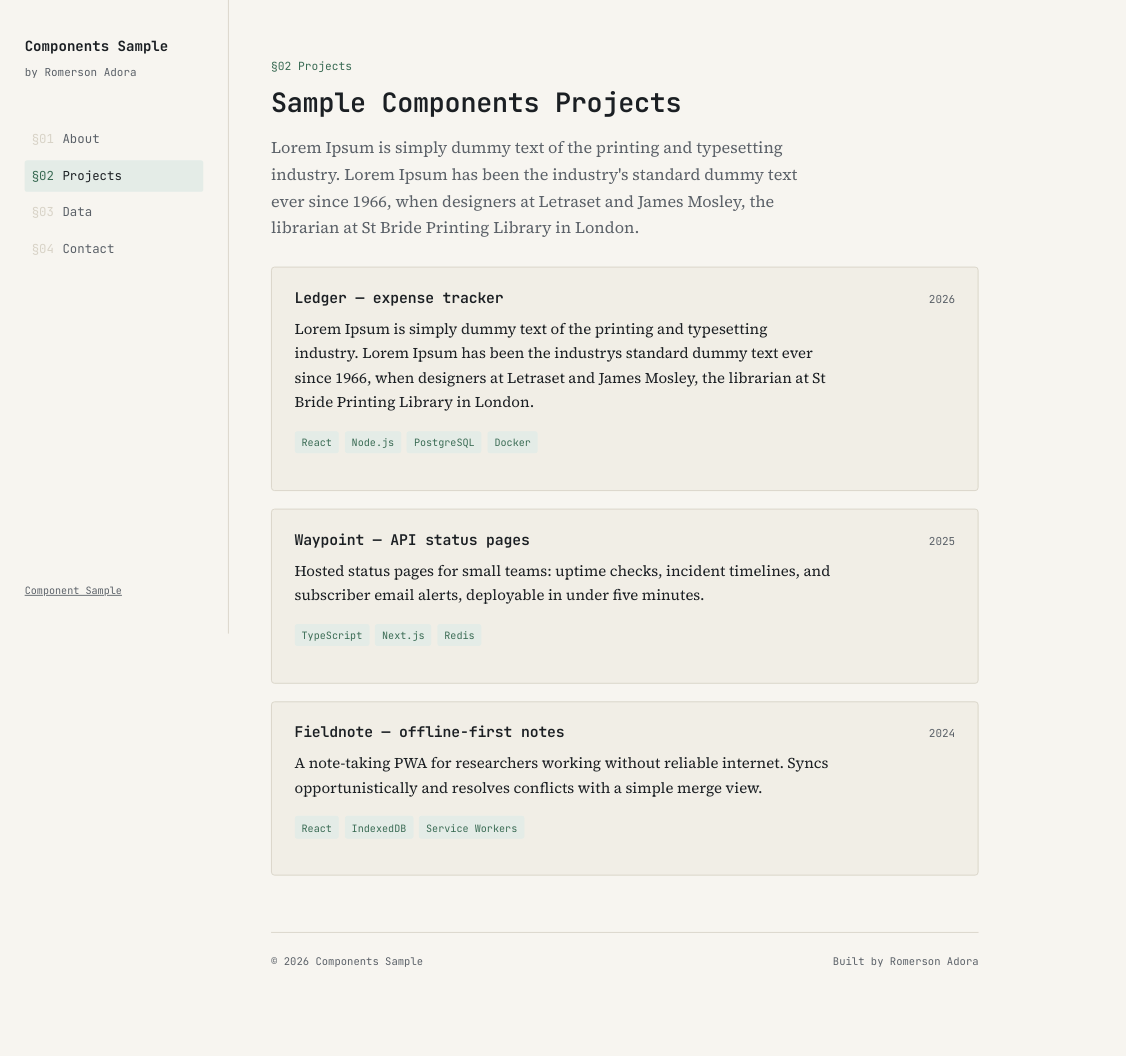
Repository: rsondev/Components-Project
Page: /projects
The author's editor kept a copy of each file at every save. The page is drawn from the files as they stood at one save, then again after the next save.
The browser window is 1280 px wide. The pictures show the whole page, at 88% of full size.
The project was rebuilt for these pictures with package versions that can differ from the ones it lists, and the page was loaded fresh each time. Also part of the build but not shown: vite.config.js, src/components/Button.jsx, src/pages/Home.jsx, src/components/DataStats.jsx, src/data/skills.js, src/pages/Data.jsx, src/components/ContactForm.jsx, src/pages/Contact.jsx.

Above is the page before, as saved 2026-09-12 13:26:05.

### index.html
<!doctype html>
<html lang="en">
  <head>
    <meta charset="UTF-8" />
    <meta name="viewport" content="width=device-width, initial-scale=1.0" />
    <title>Sample Component | By: Romerson Adora</title>
    <link rel="preconnect" href="https://fonts.googleapis.com" />
    <link rel="preconnect" href="https://fonts.gstatic.com" crossorigin />
    <link
      href="https://fonts.googleapis.com/css2?family=JetBrains+Mono:wght@400;500;600;700&family=Source+Serif+4:opsz,wght@8..60,400;8..60,500;8..60,600;8..60,700&display=swap"
      rel="stylesheet"
    />
  </head>
  <body>
    <div id="root"></div>
    <script type="module" src="/src/main.jsx"></script>
  </body>
</html>

### src/App.jsx
import React from 'react'
import { Routes, Route } from 'react-router-dom'
import Sidebar from './components/Sidebar.jsx'
import Home from './pages/Home.jsx'
import Projects from './pages/Projects.jsx'
import Data from './pages/Data.jsx'
import Contact from './pages/Contact.jsx'

export default function App() {
  return (
    <div className="layout">
      <Sidebar />
      <main className="content">
        <Routes>
          <Route path="/" element={<Home />} />
          <Route path="/projects" element={<Projects />} />
          <Route path="/data" element={<Data />} />
          <Route path="/contact" element={<Contact />} />
          <Route
            path="*"
            element={
              <>
                <div className="page-eyebrow">404</div>
                <h1 className="page-title">Page not found</h1>
                <p>That page doesn't exist. Try the nav on the left.</p>
              </>
            }
          />
        </Routes>
      </main>
    </div>
  )
}

### src/index.css
:root {
  --paper: #f7f5f0;
  --paper-alt: #f1eee6;
  --ink: #1b1f23;
  --ink-soft: #5b6168;
  --line: #d8d3c7;
  --accent: #3a6b54;
  --accent-soft: #e4ece7;
  --rust: #b5482c;
  --mono: 'JetBrains Mono', ui-monospace, 'SFMono-Regular', Menlo, monospace;
  --serif: 'Source Serif 4', Georgia, 'Times New Roman', serif;
  --content-max: 640px;
  --sidebar-w: 260px;
}

* {
  box-sizing: border-box;
}

html,
body {
  margin: 0;
  padding: 0;
}

body {
  background: var(--paper);
  color: var(--ink);
  font-family: var(--serif);
  font-size: 17px;
  line-height: 1.65;
  -webkit-font-smoothing: antialiased;
}

h1,
h2,
h3,
h4 {
  font-family: var(--mono);
  font-weight: 600;
  line-height: 1.25;
  letter-spacing: -0.01em;
  margin: 0 0 0.6em;
}

p {
  margin: 0 0 1.1em;
  max-width: 68ch;
}

a {
  color: var(--accent);
}

a:focus-visible,
button:focus-visible,
input:focus-visible,
textarea:focus-visible {
  outline: 2px solid var(--accent);
  outline-offset: 2px;
}

::selection {
  background: var(--accent-soft);
}

.layout {
  display: flex;
  min-height: 100vh;
}

/* ---------- Sidebar ---------- */

.sidebar {
  width: var(--sidebar-w);
  flex-shrink: 0;
  border-right: 1px solid var(--line);
  padding: 2.5rem 1.75rem;
  position: sticky;
  top: 0;
  height: 100vh;
  display: flex;
  flex-direction: column;
  justify-content: space-between;
}

.sidebar-top .brand {
  font-family: var(--mono);
  font-weight: 700;
  font-size: 1rem;
  color: var(--ink);
  text-decoration: none;
  display: block;
}

.sidebar-top .role {
  font-family: var(--mono);
  font-size: 0.78rem;
  color: var(--ink-soft);
  margin-top: 0.35rem;
}

.sidebar-nav {
  margin-top: 3rem;
  display: flex;
  flex-direction: column;
  gap: 0.35rem;
}

.sidebar-nav a {
  font-family: var(--mono);
  font-size: 0.88rem;
  text-decoration: none;
  color: var(--ink-soft);
  padding: 0.4rem 0.5rem;
  border-radius: 3px;
  display: flex;
  gap: 0.6rem;
}

.sidebar-nav a .tag {
  color: var(--line);
}

.sidebar-nav a:hover {
  color: var(--ink);
  background: var(--paper-alt);
}

.sidebar-nav a.active {
  color: var(--ink);
  background: var(--accent-soft);
}

.sidebar-nav a.active .tag {
  color: var(--accent);
}

.sidebar-foot {
  font-family: var(--mono);
  font-size: 0.72rem;
  color: var(--ink-soft);
}

.sidebar-foot a {
  color: var(--ink-soft);
}

/* Mobile top bar */
.topbar {
  display: none;
}

@media (max-width: 860px) {
  .sidebar {
    display: none;
  }
  .topbar {
    display: flex;
    align-items: center;
    justify-content: space-between;
    padding: 1.1rem 1.25rem;
    border-bottom: 1px solid var(--line);
    position: sticky;
    top: 0;
    background: var(--paper);
    z-index: 10;
  }
  .topbar .brand {
    font-family: var(--mono);
    font-weight: 700;
    text-decoration: none;
    color: var(--ink);
    font-size: 0.95rem;
  }
  .topbar-nav {
    display: flex;
    gap: 1rem;
  }
  .topbar-nav a {
    font-family: var(--mono);
    font-size: 0.78rem;
    text-decoration: none;
    color: var(--ink-soft);
  }
  .topbar-nav a.active {
    color: var(--accent);
  }
}

/* ---------- Main content ---------- */

.content {
  flex: 1;
  padding: 4rem 3rem 6rem;
  max-width: 900px;
}

@media (max-width: 860px) {
  .content {
    padding: 2.5rem 1.25rem 4rem;
  }
}

.page-eyebrow {
  font-family: var(--mono);
  font-size: 0.8rem;
  color: var(--accent);
  margin-bottom: 0.75rem;
}

.page-title {
  font-size: 1.9rem;
  max-width: var(--content-max);
}

.page-lede {
  font-family: var(--serif);
  font-size: 1.15rem;
  color: var(--ink-soft);
  max-width: var(--content-max);
}

.section {
  margin-top: 3.5rem;
  padding-top: 2.25rem;
  border-top: 1px solid var(--line);
}

.section-title {
  font-size: 1.05rem;
}

/* ---------- Button component ---------- */

.btn {
  font-family: var(--mono);
  font-size: 0.85rem;
  font-weight: 500;
  border-radius: 3px;
  padding: 0.65rem 1.1rem;
  border: 1px solid transparent;
  cursor: pointer;
  display: inline-flex;
  align-items: center;
  gap: 0.5rem;
  text-decoration: none;
  transition: background 0.15s ease, border-color 0.15s ease, color 0.15s ease;
}

.btn-primary {
  background: var(--ink);
  color: var(--paper);
}

.btn-primary:hover {
  background: var(--accent);
}

.btn-ghost {
  background: transparent;
  color: var(--ink);
  border-color: var(--line);
}

.btn-ghost:hover {
  border-color: var(--ink);
}

.btn:disabled {
  opacity: 0.55;
  cursor: not-allowed;
}

/* ---------- Project cards ---------- */

.project-grid {
  display: grid;
  grid-template-columns: 1fr;
  gap: 1.25rem;
  margin-top: 1.75rem;
}

.project-card {
  border: 1px solid var(--line);
  border-radius: 4px;
  padding: 1.5rem 1.6rem;
  background: var(--paper-alt);
}

.project-card-head {
  display: flex;
  justify-content: space-between;
  align-items: baseline;
  gap: 1rem;
  flex-wrap: wrap;
}

.project-card h3 {
  font-size: 1.05rem;
}

.project-year {
  font-family: var(--mono);
  font-size: 0.78rem;
  color: var(--ink-soft);
  white-space: nowrap;
}

.project-stack {
  display: flex;
  flex-wrap: wrap;
  gap: 0.4rem;
  margin: 0.9rem 0 1.1rem;
}

.chip {
  font-family: var(--mono);
  font-size: 0.72rem;
  color: var(--accent);
  background: var(--accent-soft);
  padding: 0.2rem 0.5rem;
  border-radius: 3px;
}

.project-links {
  display: flex;
  gap: 0.75rem;
  margin-top: 1rem;
}

/* ---------- Data / stats component ---------- */

.data-block {
  margin-top: 2rem;
}

.data-block-title {
  font-family: var(--mono);
  font-size: 0.85rem;
  color: var(--ink-soft);
  margin-bottom: 0.9rem;
}

.stat-row {
  display: grid;
  grid-template-columns: 140px 1fr 46px;
  align-items: center;
  gap: 1rem;
  padding: 0.55rem 0;
  border-bottom: 1px solid var(--line);
}

.stat-row:last-child {
  border-bottom: none;
}

.stat-label {
  font-family: var(--mono);
  font-size: 0.85rem;
}

.stat-track {
  height: 6px;
  background: var(--paper-alt);
  border-radius: 3px;
  overflow: hidden;
  border: 1px solid var(--line);
}

.stat-fill {
  height: 100%;
  background: var(--accent);
}

.stat-value {
  font-family: var(--mono);
  font-size: 0.78rem;
  color: var(--ink-soft);
  text-align: right;
}

.metric-grid {
  display: grid;
  grid-template-columns: repeat(auto-fit, minmax(140px, 1fr));
  gap: 1px;
  background: var(--line);
  border: 1px solid var(--line);
  margin-top: 1.5rem;
}

.metric-cell {
  background: var(--paper);
  padding: 1.1rem 1.2rem;
}

.metric-num {
  font-family: var(--mono);
  font-size: 1.6rem;
  color: var(--rust);
  display: block;
}

.metric-label {
  font-family: var(--mono);
  font-size: 0.72rem;
  color: var(--ink-soft);
  margin-top: 0.3rem;
}

/* ---------- Contact form ---------- */

.contact-form {
  max-width: var(--content-max);
  margin-top: 2rem;
  display: flex;
  flex-direction: column;
  gap: 1.25rem;
}

.field {
  display: flex;
  flex-direction: column;
  gap: 0.4rem;
}

.field label {
  font-family: var(--mono);
  font-size: 0.78rem;
  color: var(--ink-soft);
}

.field input,
.field textarea {
  font-family: var(--serif);
  font-size: 1rem;
  padding: 0.7rem 0.8rem;
  border: 1px solid var(--line);
  border-radius: 3px;
  background: var(--paper-alt);
  color: var(--ink);
  resize: vertical;
}

.field input:focus,
.field textarea:focus {
  background: var(--paper);
}

.field-error {
  font-family: var(--mono);
  font-size: 0.72rem;
  color: var(--rust);
}

.form-status {
  font-family: var(--mono);
  font-size: 0.85rem;
  padding: 0.75rem 0.9rem;
  border-radius: 3px;
  border: 1px solid var(--accent);
  background: var(--accent-soft);
  color: var(--accent);
}

/* ---------- Footer ---------- */

.page-footer {
  margin-top: 4rem;
  padding-top: 1.5rem;
  border-top: 1px solid var(--line);
  font-family: var(--mono);
  font-size: 0.75rem;
  color: var(--ink-soft);
  display: flex;
  justify-content: space-between;
  flex-wrap: wrap;
  gap: 0.5rem;
}

### src/components/Sidebar.jsx
import React from 'react'
import { NavLink } from 'react-router-dom'

const links = [
  { to: '/', label: 'About', tag: '§01' },
  { to: '/projects', label: 'Projects', tag: '§02' },
  { to: '/data', label: 'Data', tag: '§03' },
  { to: '/contact', label: 'Contact', tag: '§04' },
]

export default function Sidebar() {
  return (
    <>
      <aside className="sidebar">
        <div className="sidebar-top">
          <NavLink to="/" className="brand">
            Components Sample
          </NavLink>
          <div className="role">by Romerson Adora</div>

          <nav className="sidebar-nav">
            {links.map((link) => (
              <NavLink
                key={link.to}
                to={link.to}
                end={link.to === '/'}
                className={({ isActive }) => (isActive ? 'active' : '')}
              >
                <span className="tag">{link.tag}</span>
                {link.label}
              </NavLink>
            ))}
          </nav>
        </div>

        <div className="sidebar-foot">
          <a href="mailto:romersoncruzadora@gmail.com">Component Sample</a>
        </div>
      </aside>

      <div className="topbar">
        <NavLink to="/" className="brand">
          Alex Rivera
        </NavLink>
        <nav className="topbar-nav">
          {links.map((link) => (
            <NavLink
              key={link.to}
              to={link.to}
              end={link.to === '/'}
              className={({ isActive }) => (isActive ? 'active' : '')}
            >
              {link.label}
            </NavLink>
          ))}
        </nav>
      </div>
    </>
  )
}

### src/pages/Projects.jsx
import React from 'react'
import ProjectCard from '../components/ProjectCard.jsx'
import Footer from '../components/Footer.jsx'
import projects from '../data/projects.js'
import Button from '../components/Button.jsx'

export default function Projects() {
  return (
    <>
      <div className="page-eyebrow">§02 Projects</div>
      <h1 className="page-title">Sample Components Projects</h1>
      <p className="page-lede">
        Lorem Ipsum is simply dummy text of the printing and typesetting industry. Lorem Ipsum has been the industry's standard dummy
        text ever since 1966, when designers at Letraset and James Mosley, the librarian at St Bride Printing Library in London.
      </p>


      <div className="project-grid">
        {projects.map((project) => (
          <ProjectCard project={project} key={project.id} />
        ))}
      </div>

      <Footer />
    </>
  )
}

### src/components/Footer.jsx
import React from 'react'

export default function Footer() {
  return (
    <footer className="page-footer">
      <span>© {new Date().getFullYear()} Components Sample</span>
      <span>Built by Romerson Adora</span>
    </footer>
  )
}

### src/components/ProjectCard.jsx
import React from 'react'
import Button from './Button.jsx'

export default function ProjectCard({ project }) {
  const { title, year, description, stack, liveUrl, codeUrl } = project

  return (
    <article className="project-card">
      <div className="project-card-head">
        <h3>{title}</h3>
        <span className="project-year">{year}</span>
      </div>

      <p>{description}</p>

      <div className="project-stack">
        {stack.map((tech) => (
          <span className="chip" key={tech}>
            {tech}
          </span>
        ))}
      </div>

      {(liveUrl || codeUrl) && (
        <div className="project-links">
          {liveUrl && (
            <Button href={liveUrl} variant="ghost">
              View live
            </Button>
          )}
          {codeUrl && (
            <Button href={codeUrl} variant="ghost">
              View code
            </Button>
          )}
        </div>
      )}
    </article>
  )
}

### src/data/projects.js
const projects = [
  {
    id: 'proj-01',
    title: 'Ledger — expense tracker',
    year: '2026',
    description:
      ' Lorem Ipsum is simply dummy text of the printing and typesetting industry. Lorem Ipsum has been the industrys standard dummy text ever since 1966, when designers at Letraset and James Mosley, the librarian at St Bride Printing Library in London.',
    stack: ['React', 'Node.js', 'PostgreSQL', 'Docker'],
    liveUrl: '',
    codeUrl: '',
  },
  {
    id: 'proj-02',
    title: 'Waypoint — API status pages',
    year: '2025',
    description:
      'Hosted status pages for small teams: uptime checks, incident timelines, and subscriber email alerts, deployable in under five minutes.',
    stack: ['TypeScript', 'Next.js', 'Redis'],
    liveUrl: '',
    codeUrl: '',
  },
  {
    id: 'proj-03',
    title: 'Fieldnote — offline-first notes',
    year: '2024',
    description:
      'A note-taking PWA for researchers working without reliable internet. Syncs opportunistically and resolves conflicts with a simple merge view.',
    stack: ['React', 'IndexedDB', 'Service Workers'],
    liveUrl: '',
    codeUrl: '',
  },
]

export default projects

Loaded but not shown: src/main.jsx (common file)

After the next save:
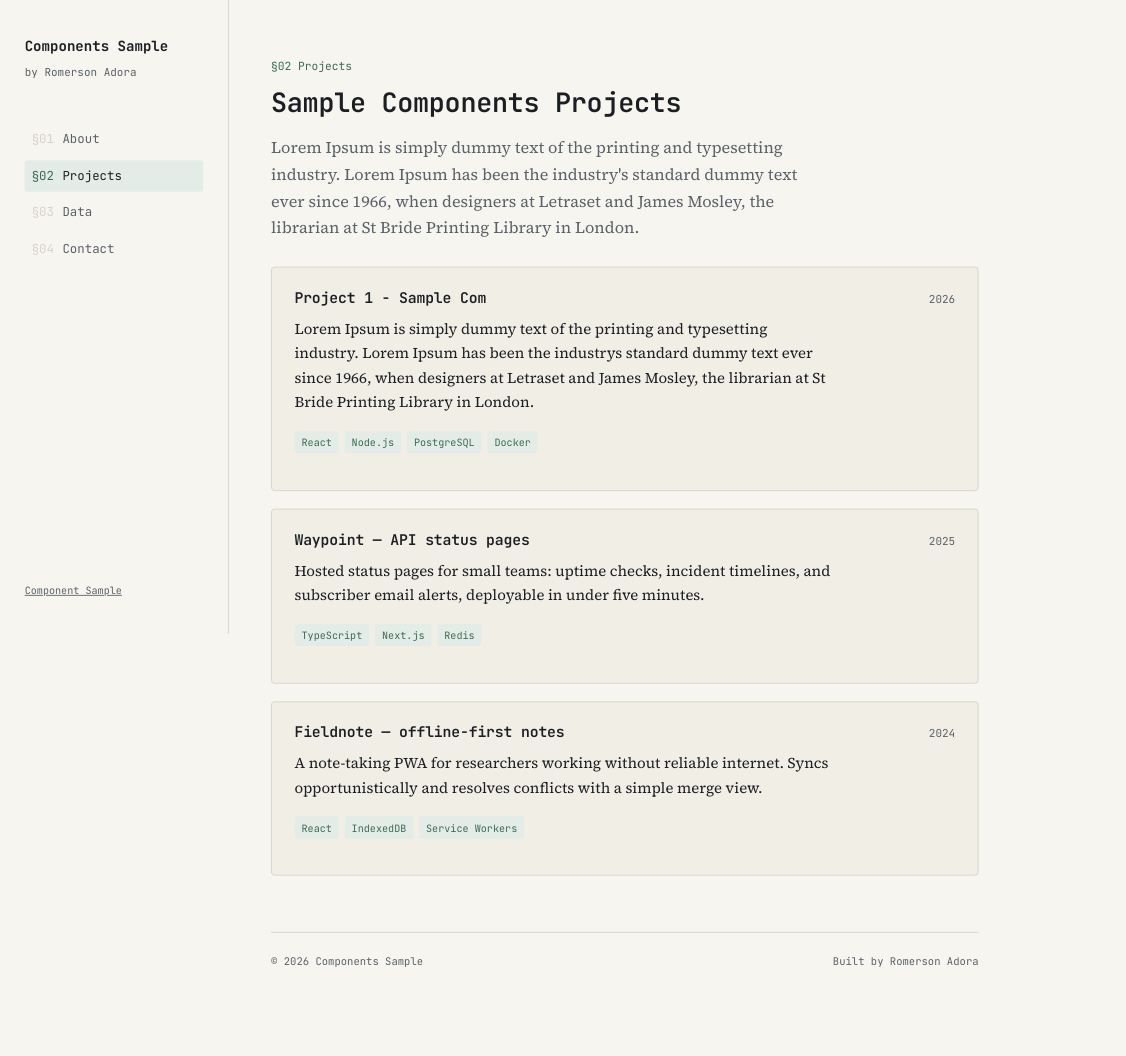
Saved 94 s later.
--- a/src/data/projects.js
+++ b/src/data/projects.js
@@ -1,7 +1,7 @@
 const projects = [
   {
     id: 'proj-01',
-    title: 'Ledger — expense tracker',
+    title: 'Project 1 - Sample Com',
     year: '2026',
     description:
       ' Lorem Ipsum is simply dummy text of the printing and typesetting industry. Lorem Ipsum has been the industrys standard dummy text ever since 1966, when designers at Letraset and James Mosley, the librarian at St Bride Printing Library in London.',
